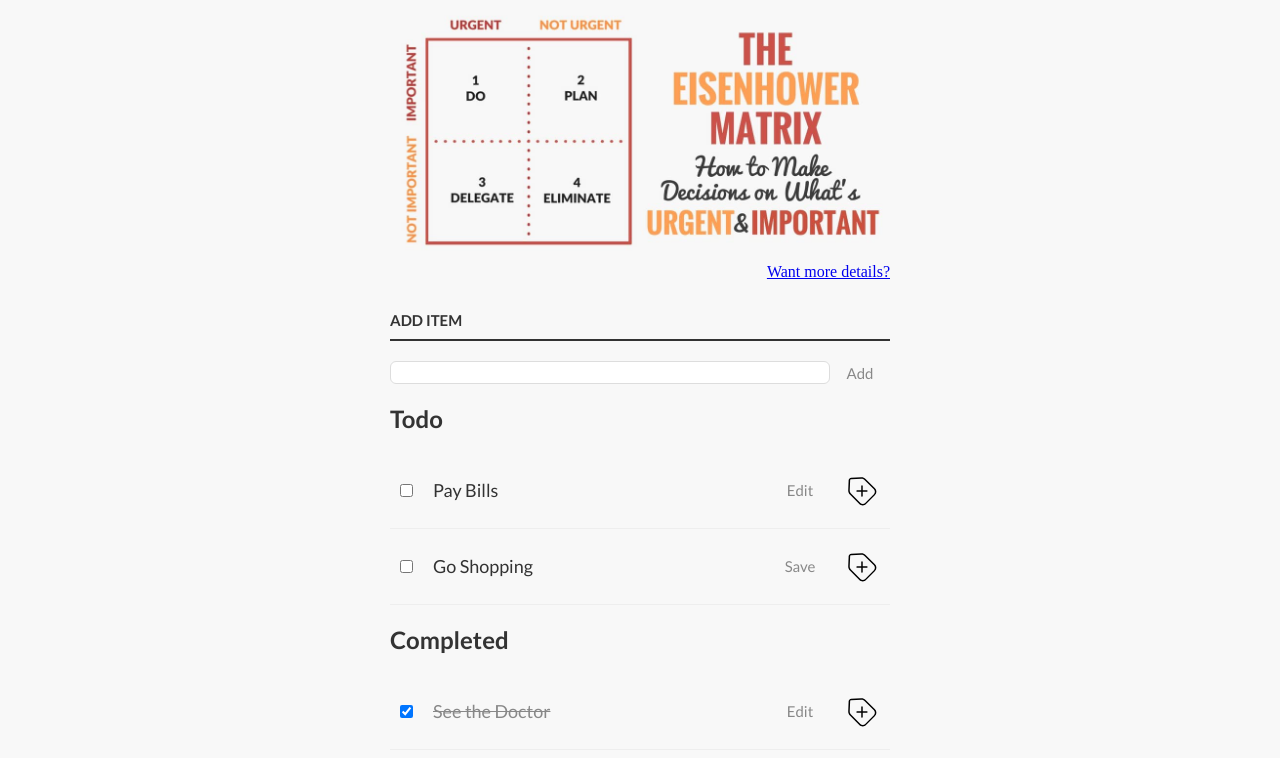
Repository: dev1siWoo/clean-code-s1e1
Page: index.html
These files come from the project's save history. The page is drawn as it stood at one moment and after a run of saves; the edit follows.
The browser window is 1280 px wide. The pictures show the whole page.

Above is the page before, as saved 2024-01-08 22:31:53.

### index.html
<!DOCTYPE html>
<html>
    <head>
        <title>Todo App</title>
        <link
            href="https://fonts.googleapis.com/css?family=Lato:300,400,700"
            rel="stylesheet"
        >
        <link
            rel="stylesheet"
            href="style.css"
            media="screen"
            charset="utf-8"
        >
    </head>
    <body>
        <header class="aaa">
            <img src="./eisenhower-matrix.jpg" alt="eisenhower-matrix">
            <a class="more-inf" href="https://goal-life.com/page/method/matrix-eisenhower">Want more details?</a>
        </header>
        <main class="centered-main-page-element">
            <section id="top-section-for-adding-element-to-list">
                <label for="new-task">Add Item</label>
                <div class="task-row-wrapper">
                    <input id="new-task"class="task" type="text">
                    <button>Add</button>
                </div>
            </section>
            <h2>Todo</h2>
            <ul id="incomplete-tasks">
                <li>
                    <input type="checkbox">
                    <label class="task">Pay Bills</label>
                    <input type="text" class="task">
                    <button class="edit">Edit</button>
                    <button class="delete">
                        <img src="./remove.svg" alt="delete button">
                    </button>
                </li>
                <li class="edit-mode">
                    <input type="checkbox">
                    <label class="task">Go Shopping</label>
                    <input type="text" value="Go Shopping" class="task">
                    <button class="edit">Save</button>
                    <button class="delete">
                        <img src="./remove.svg" alt="delete button">
                    </button>
                </li>
            </ul>
            <h2>Completed</h2>
            <ul id="completed-tasks">
                <li>
                    <input type="checkbox" checked>
                    <label class="task">See the Doctor</label>
                    <input type="text" class="task">
                    <button class="edit">Edit</button>
                    <button class="delete">
                        <img src="./remove.svg" alt="delete button">
                    </button>
                </li>
            </ul>
        </main>
        <script src="app.js"></script>
    </body>
</html>

### style.css
/* Basic Style */
body {
  background-color: #f8f8f8;
  color: #333;
  font-family: Lato, sans-serif;
}
.aaa {
  width: 500px;
  margin: 0 auto;
  display: block;
  text-align: right;
}
.aaa img {
  width: 100%;
}
.aaa .more-inf {
  font-family: fantasy, cursive;
}

@media (max-width: 768px) {
  .aaa {
    text-align: center;
  }
}
.centered-main-page-element {
  display: block;
  width: 500px;
  margin: 0 auto 0;
}
.task {
  width: 56%;
  display: inline-block;
  flex-grow: 1;
}
.task-row-wrapper {
  display: flex;
}
ul {
  margin: 0;
  padding: 0px;
}
li,
h3 {
  list-style: none;
}
input,
button{
  outline: none;
}
button {
  background: none;
  border: 0px;
  color: #888;
  font-size: 15px;
  width: 60px;
  font-family: Lato, sans-serif;
  cursor: pointer;
}
button:hover {
  color: #3a3a3a;
}
/* Heading */
h3,
label[for='new-task'] {
  color: #333;
  font-weight: 700;
  font-size: 15px;
  border-bottom: 2px solid #333;
  padding: 30px 0 10px;
  margin: 0;
  text-transform: uppercase;
}
input[type="text"] {
  margin: 0;
  font-size: 18px;
  line-height: 18px;
  height: 21px;
  padding: 0 9px;
  border: 1px solid #ddd;
  background: #fff;
  border-radius: 6px;
  font-family: Lato, sans-serif;
  color: #888;
}
input[type="text"]:focus {
  color: #333;
}

/* New Task */
label[for='new-task'] {
  display: block;
  margin: 0 0 20px;
}
input#new-task {
  width: 318px;
}

/* Task list */
li {
  overflow: hidden;
  padding: 20px 0;
  border-bottom: 1px solid #eee;
  display: flex;
  justify-content: space-between;
  align-items: center;
}
li > * {
  vertical-align: middle;
}

li > input[type="checkbox"] {
  margin: 0 10px;
}
li > label {
  padding-left: 10px;
  box-sizing: border-box;
  font-size: 18px;
  width: 226px;
}
li >    input[type="text"] {
  width: 226px;
}
button.delete img {
  height: 2em;
  transform: rotateZ(45deg);
  transition: transform 200ms ease-in;
}
button.delete img:hover {
  transform: rotateZ(0);
}

/* Completed */
ul#completed-tasks label {
  text-decoration: line-through;
  color: #888;
}

/* Edit Task */
ul li input[type=text] {
  display: none;
}

ul li.editMode input[type=text] {
  display: inline-block;
  width: 224px;
}

ul li.editMode label {
  display: none;
}

### app.js
//Document is the DOM can be accessed in the console with document.window.
// Tree is from the top, html, body, p etc.

//Problem: User interaction does not provide the correct results.
//Solution: Add interactivity so the user can manage daily tasks.
//Break things down into smaller steps and take each step at a time.


// Event handling, user interaction is what starts the code execution.

var taskInput=document.getElementById("new-task");//Add a new task.
var addButton=document.getElementsByTagName("button")[0];//first button
var incompleteTaskHolder=document.getElementById("incomplete-tasks");//ul of #incomplete-tasks
var completedTasksHolder=document.getElementById("completed-tasks");//completed-tasks


//New task list item
var createNewTaskElement=function(taskString){

    var listItem=document.createElement("li");

    //input (checkbox)
    var checkBox=document.createElement("input");//checkbx
    //label
    var label=document.createElement("label");//label
    //input (text)
    var editInput=document.createElement("input");//text
    //button.edit
    var editButton=document.createElement("button");//edit button

    //button.delete
    var deleteButton=document.createElement("button");//delete button
    var deleteButtonImg=document.createElement("img");//delete button image

    label.innerText=taskString;
    label.className='task';

    //Each elements, needs appending
    checkBox.type="checkbox";
    editInput.type="text";
    editInput.className="task";

    editButton.innerText="Edit"; //innerText encodes special characters, HTML does not.
    editButton.className="edit";

    deleteButton.className="delete";
    deleteButtonImg.src='./remove.svg';
    deleteButtonImg.setAttribute('alt', 'delete button');
    deleteButton.appendChild(deleteButtonImg);


    //and appending.
    listItem.appendChild(checkBox);
    listItem.appendChild(label);
    listItem.appendChild(editInput);
    listItem.appendChild(editButton);
    listItem.appendChild(deleteButton);
    return listItem;
}



var addTask=function(){
    console.log("Add Task...");
    //Create a new list item with the text from the #new-task:
    if (!taskInput.value) return;
    var listItem=createNewTaskElement(taskInput.value);

    //Append listItem to incompleteTaskHolder
    incompleteTaskHolder.appendChild(listItem);
    bindTaskEvents(listItem, taskCompleted);

    taskInput.value="";

}

//Edit an existing task.

var editTask=function(){
    console.log("Edit Task...");
    console.log("Change 'edit' to 'save'");


    var listItem=this.parentNode;

    var editInput=listItem.querySelector('input[type=text]');
    var label=listItem.querySelector("label");
    var editBtn=listItem.querySelector(".edit");
    var containsClass=listItem.classList.contains("edit-mode");
    //If class of the parent is .edit-mode
    if(containsClass){

        //switch to .edit-mode
        //label becomes the inputs value.
        label.innerText=editInput.value;
        editBtn.innerText="Edit";
    }else{
        editInput.value=label.innerText;
        editBtn.innerText="Save";
    }

    //toggle .edit-mode on the parent.
    listItem.classList.toggle("edit-mode");
};


//Delete task.
var deleteTask=function(){
    console.log("Delete Task...");

    var listItem=this.parentNode;
    var ul=listItem.parentNode;
    //Remove the parent list item from the ul.
    ul.removeChild(listItem);

}


//Mark task completed
var taskCompleted=function(){
    console.log("Complete Task...");

    //Append the task list item to the #completed-tasks
    var listItem=this.parentNode;
    completedTasksHolder.appendChild(listItem);
    bindTaskEvents(listItem, taskIncomplete);

}


var taskIncomplete=function(){
    console.log("Incomplete Task...");
//Mark task as incomplete.
    //When the checkbox is unchecked
    //Append the task list item to the #incomplete-tasks.
    var listItem=this.parentNode;
    incompleteTaskHolder.appendChild(listItem);
    bindTaskEvents(listItem,taskCompleted);
}



var ajaxRequest=function(){
    console.log("AJAX Request");
}

//The glue to hold it all together.


//Set the click handler to the addTask function.
addButton.onclick=addTask;
addButton.addEventListener("click",addTask);
addButton.addEventListener("click",ajaxRequest);


var bindTaskEvents=function(taskListItem,checkBoxEventHandler){
    console.log("bind list item events");
//select ListItems children
    var checkBox=taskListItem.querySelector("input[type=checkbox]");
    var editButton=taskListItem.querySelector("button.edit");
    var deleteButton=taskListItem.querySelector("button.delete");


    //Bind editTask to edit button.
    editButton.onclick=editTask;
    //Bind deleteTask to delete button.
    deleteButton.onclick=deleteTask;
    //Bind taskCompleted to checkBoxEventHandler.
    checkBox.onchange=checkBoxEventHandler;
}

//cycle over incompleteTaskHolder ul list items
//for each list item
for (var i=0; i<incompleteTaskHolder.children.length;i++){

    //bind events to list items chldren(tasksCompleted)
    bindTaskEvents(incompleteTaskHolder.children[i],taskCompleted);
}




//cycle over completedTasksHolder ul list items
for (var i=0; i<completedTasksHolder.children.length;i++){
    //bind events to list items chldren(tasksIncompleted)
    bindTaskEvents(completedTasksHolder.children[i],taskIncomplete);
}




// Issues with usability don't get seen until they are in front of a human tester.

//prevent creation of empty tasks.

//Change edit to save when you are in edit mode.

After the next 4 saves:
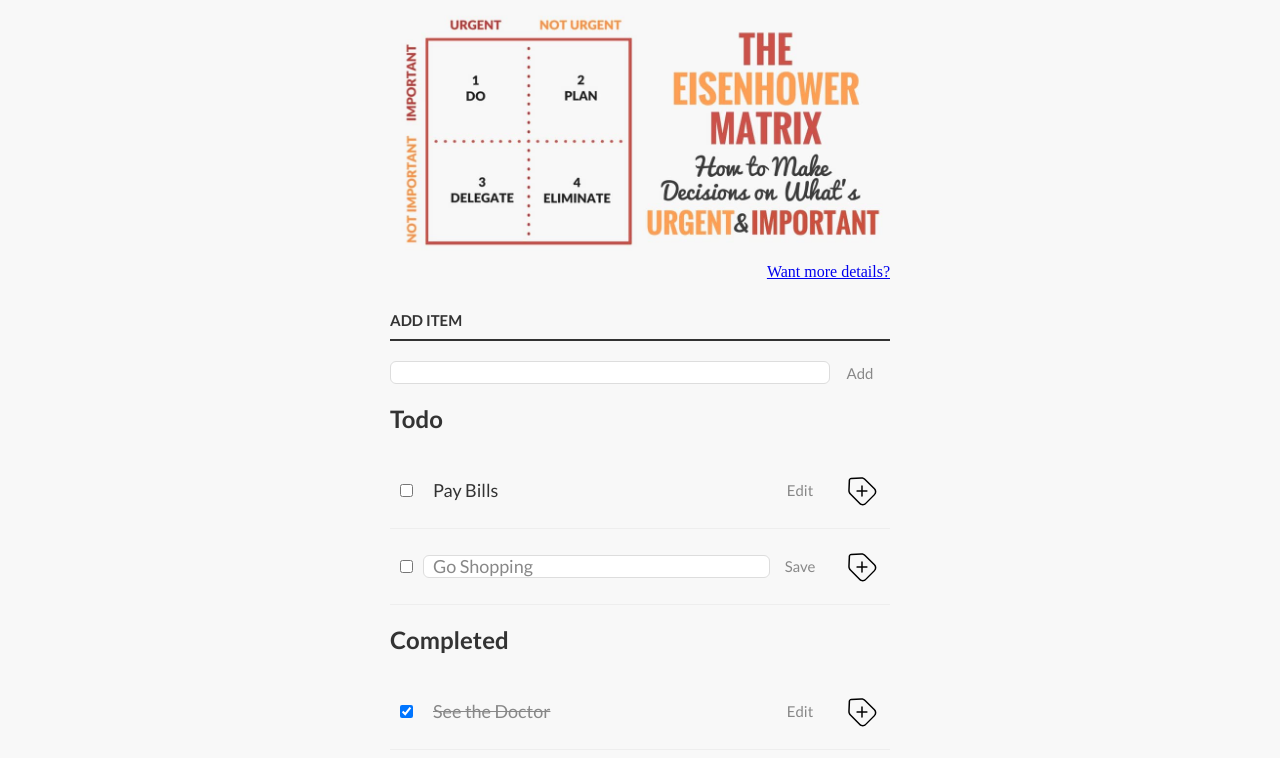
The 4 saves are shown as one change because they came seconds apart.
The last was saved 17 s later.
--- a/style.css
+++ b/style.css
@@ -140,11 +140,11 @@
   display: none;
 }
 
-ul li.editMode input[type=text] {
+ul li.edit-mode input[type=text] {
   display: inline-block;
   width: 224px;
 }
 
-ul li.editMode label {
+ul li.edit-mode label {
   display: none;
 }
